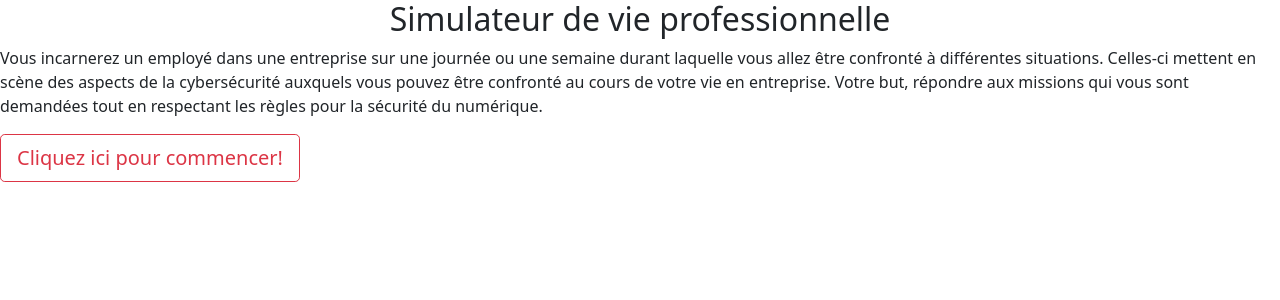
Repository: Geleetz/Workshop-I1-EPSI
Page: http://localhost/
An editor plug-in stored every save of this project. The page is shown before and after the next save, followed by the edit.
The browser window is 1280 px wide. The pictures show the whole page.
The page is run by PHP 8.4 with error messages shown; the project is at /var/www/html/.

Above is the page before, as saved 2021-09-28 10:43:59.

After the next save:
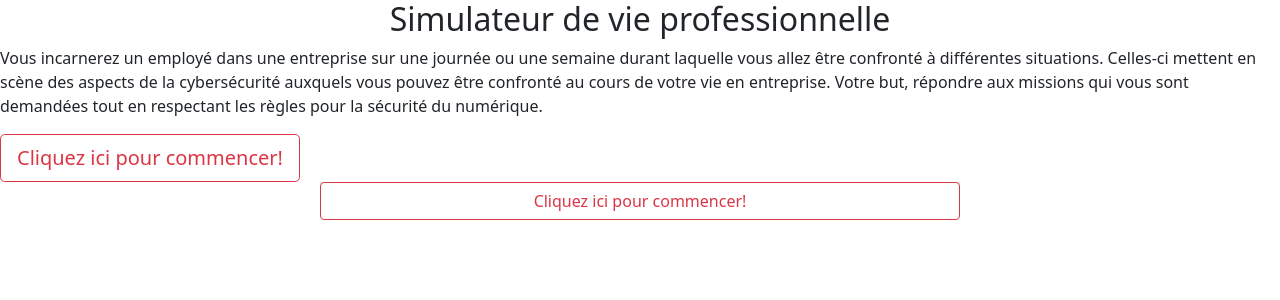
Saved 44 s later.
--- a/index.php
+++ b/index.php
@@ -21,6 +21,9 @@
     <!--type="submit" formaction="https://fr.w3docs.com/"-->
       <button type="button" class="btn btn-outline-danger btn-lg">Cliquez ici pour commencer!</button>
   </form>
+  <div class="d-grid gap-2 col-6 mx-auto">
+    <button type="button" class="btn btn-outline-danger">Cliquez ici pour commencer!</button>
+  </div>
 </body>
 <!-- Ajout des librairies JS -->
 <script src="https://cdn.jsdelivr.net/npm/bootstrap@5.1.1/dist/js/bootstrap.bundle.min.js" integrity="sha384-/bQdsTh/da6pkI1MST/rWKFNjaCP5gBSY4sEBT38Q/9RBh9AH40zEOg7Hlq2THRZ" crossorigin="anonymous"></script>
